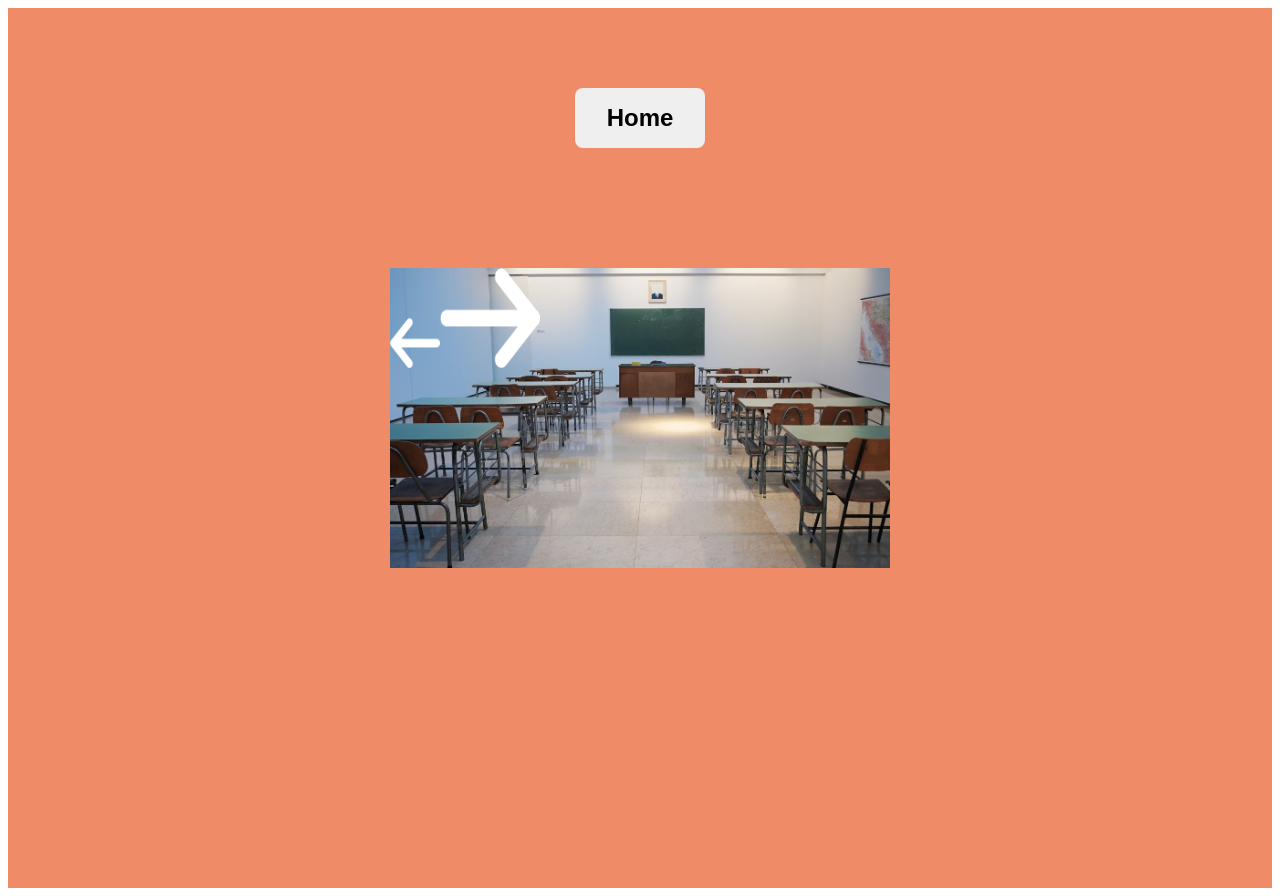
Repository: giovanabirck/class8
Page: /carouselPage
These files come from the project's save history. The page is drawn as it stood at one moment and after the next save; the edit follows.
The browser window is 1280 px wide. The pictures show the whole page.
The project was rebuilt for these pictures with package versions that can differ from the ones it lists, and the page was loaded fresh each time. The framework's server and built-in components were replaced by stand-ins that run in the browser. Also part of the build but not shown: next.config.js.

Above is the page before, as saved 2023-02-23 18:35:08.

### pages/carouselPage.js
import Carousel from "@/components/Carousel"
import Link from "next/link"
import styles from '@/styles/CarouselPage.module.css'


export default function carouselPage() {
    return (
        <>
            <main className={styles.main}>

                <div className={styles.top_back}>
                    <Link href="/">
                        <button className={styles.btn}>Home</button>
                    </Link>
                </div>

                <Carousel/>

            </main>
        </>
    )
}

### styles/globals.css
:root {
  --blue: #95CDF9;
  --green: #C3E0CF;
  --orange: #EF8B66;
  --white: #f4f9fd;
  --black: #222222;
  }

### components/Carousel/index.js
import Image from "next/image"
import { useState } from "react";
import styles from './CarouselPage.module.css'


export default function Carousel() {

    const [img, setImg] = useState(0);

    const changeImage = (change) => {
        if(change == "backward") {
            setImg(img - 1);
            if(img == 0) {
                setImg(5);
            }
            console.log(img);

        } else if(change == "forward") {
            setImg(img + 1);
            if(img == 5) {
                setImg(0)
            }
            console.log(img)
        }

    }

    return(
        <>
            <div style={{
                backgroundImage: "url(/carousel-images/" + img + ".jpg)",
                backgroundSize: "cover",
                backgroundRepeat: "no-repeat",
                width: 500,
                height: 300
            }}>

                <Image className={styles.arrow}
                    src={"/icons/leftArrow.png"}
                    alt={"/icons/leftArrow.png"}
                    width={50}
                    height={50}
                    onClick={() => changeImage("backward")}
                />

                <Image
                    src={"/icons/rightArrow.png"}
                    alt={"/icons/rightArrow.png"}
                    width={100}
                    height={100}
                    onClick={() => changeImage("forward")}
                />

            </div>
        </>
    )
}

### styles/CarouselPage.module.css
.main {
    display: flex;
    flex-direction: column;
    align-items: center;
    padding: 5rem;
    height: 100vh;
    font-family: Arial, Helvetica, sans-serif;
    color: var(--black);
    background-color: var(--orange);
  }

  .btn {
    font-weight: 900;
    font-size: 1.5rem;
    padding: 1rem 2rem;
    border-radius: 0.5rem;
    border-style: none;
    cursor: pointer;
  }

  .top_back {
    height: 25vh;
  }

### components/Carousel/CarouselPage.module.css
.arrow {

}

Loaded but not shown: pages/_app.js (common file); pages/_document.js (common file)

After the next save:
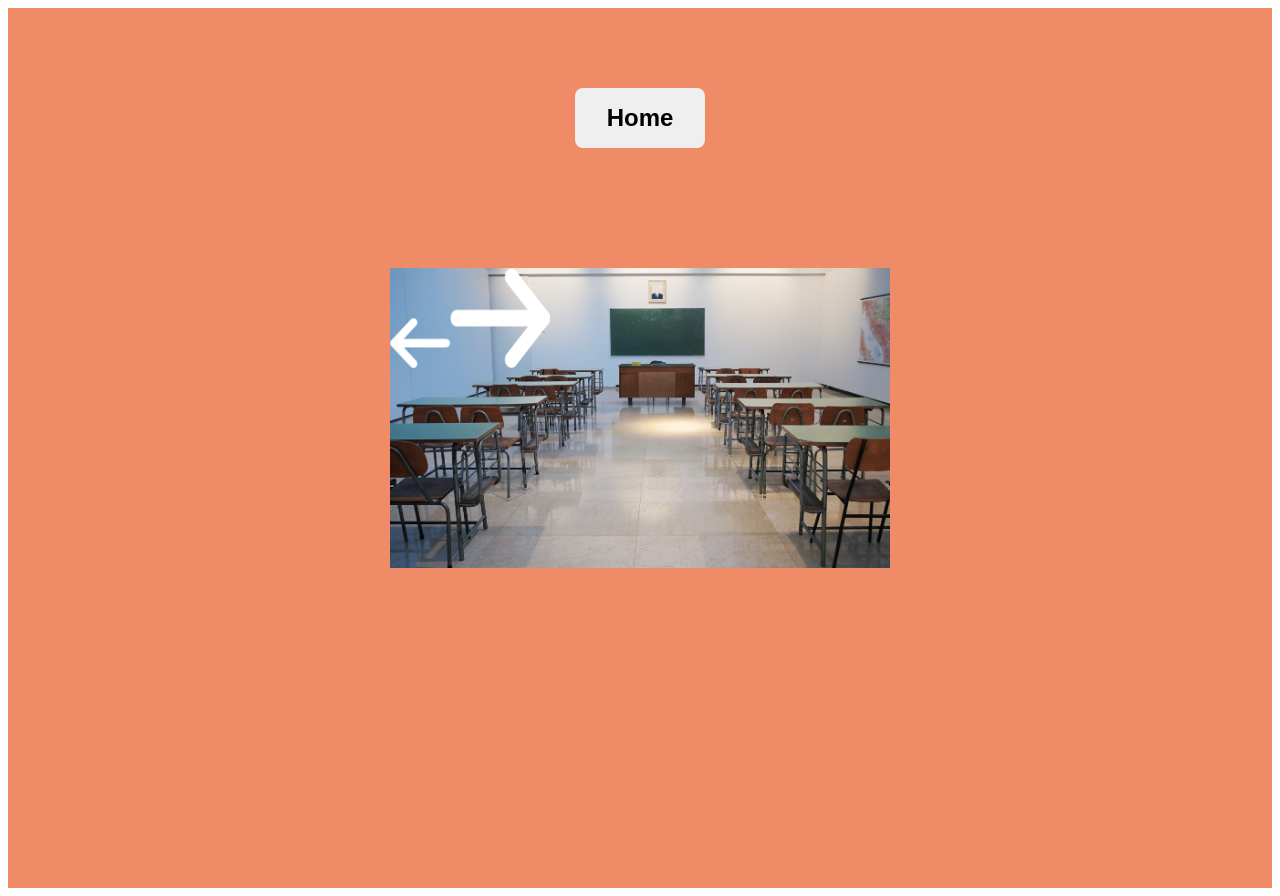
Saved 6 s later.
--- a/components/Carousel/index.js
+++ b/components/Carousel/index.js
@@ -38,7 +38,7 @@ export default function Carousel() {
                 <Image className={styles.arrow}
                     src={"/icons/leftArrow.png"}
                     alt={"/icons/leftArrow.png"}
-                    width={50}
+                    width={60}
                     height={50}
                     onClick={() => changeImage("backward")}
                 />
